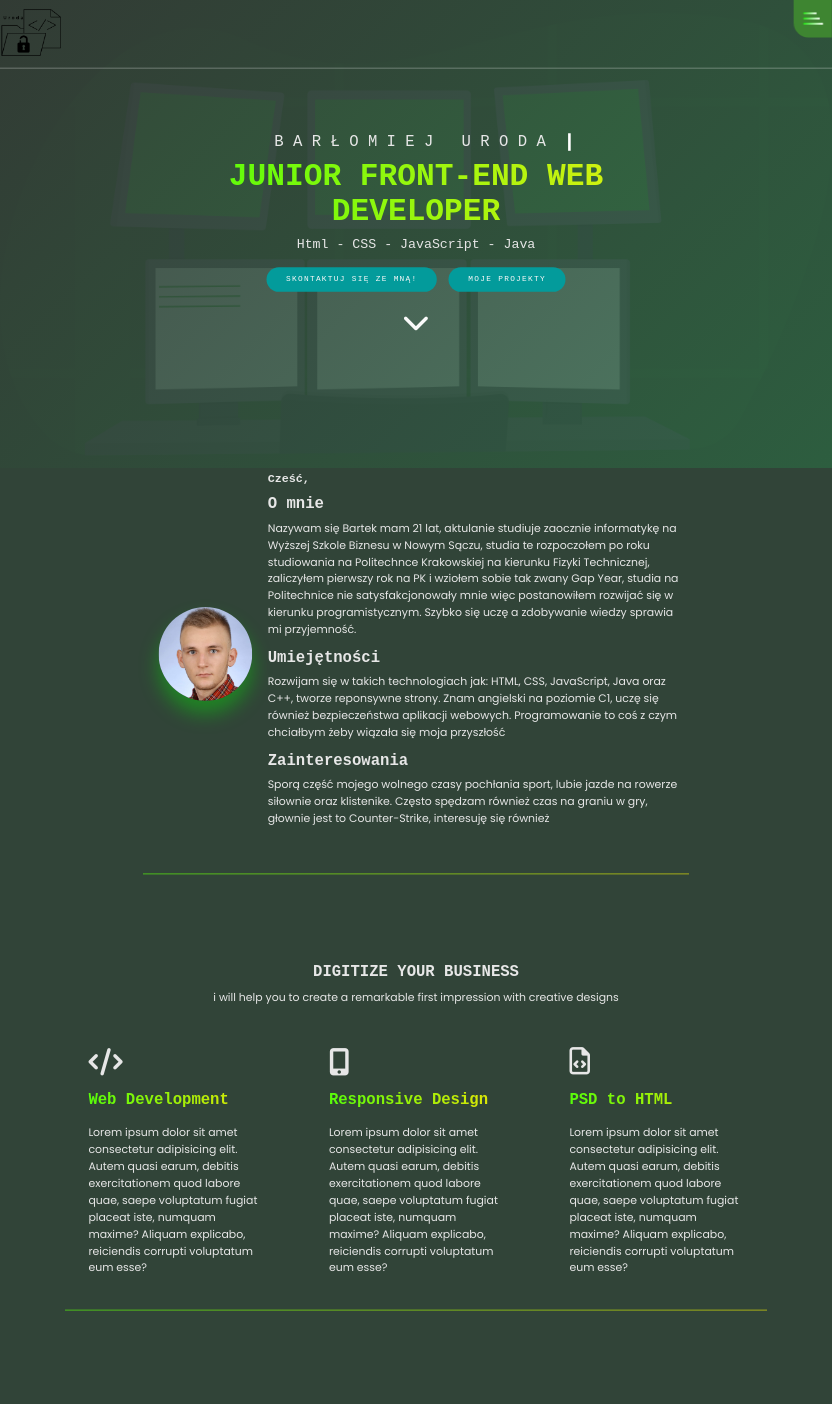
Repository: BartekUroda/portfolio
Page: index.html
These files come from the project's save history. The page is drawn as it stood at one moment and after the next save; the edit follows.
The browser window is 1280 px wide. The pictures show the whole page, at 65% of full size.
Some web fonts or font styles are not loaded; a fallback is used. Some web libraries are served in a nearby version.

Above is the page before, as saved 2020-10-27 21:13:36.

After the next save:
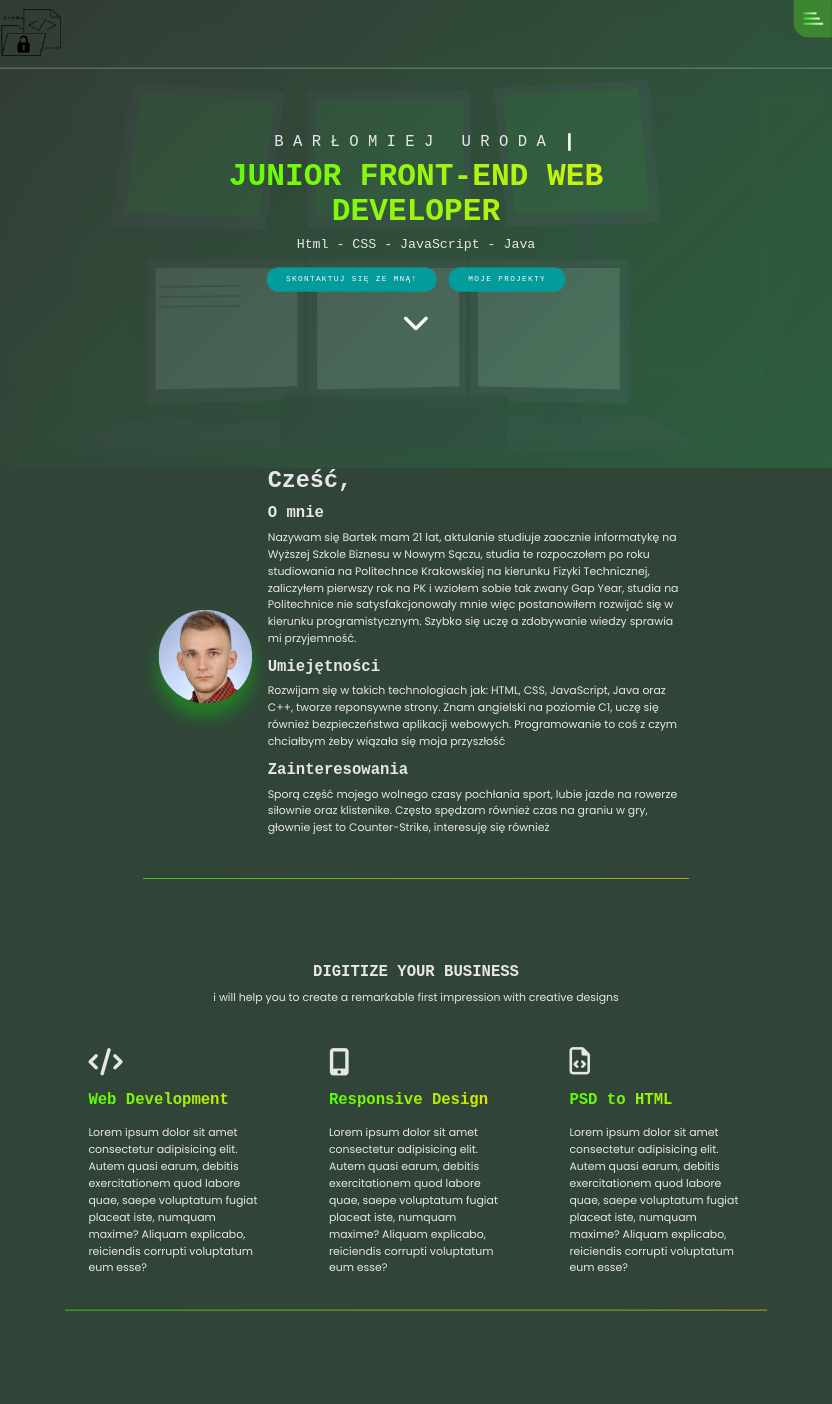
Saved 11 s later.
--- a/css/style.css
+++ b/css/style.css
@@ -288,7 +288,7 @@ nav {
     flex-basis: 0;
 }
 .about-text-box h2 {
-    font-size: rem;
+    font-size: 3rem;
     margin-bottom: 15px;
 }
 .about-text-box h3 {
